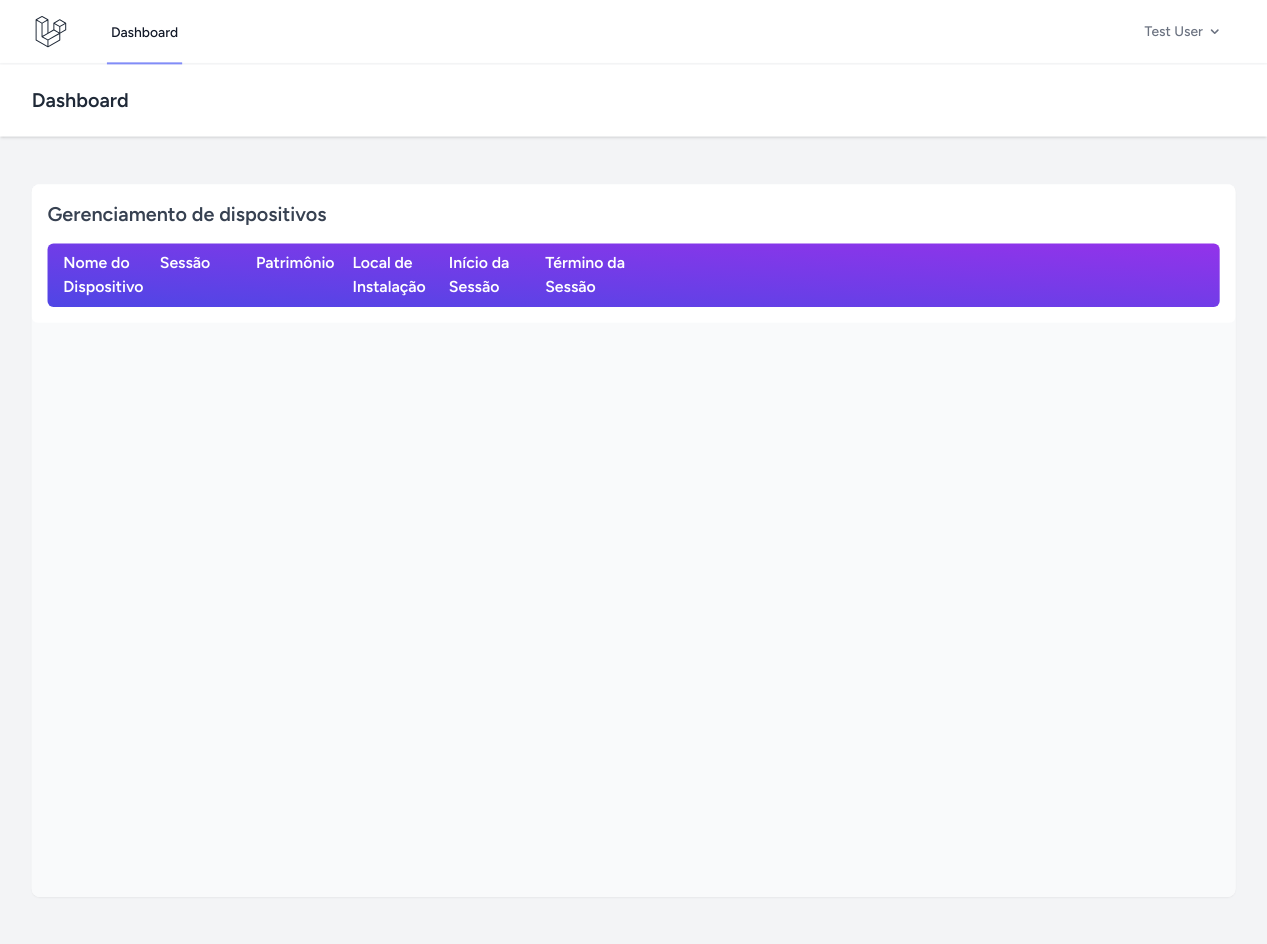
Repository: CrisMorgantee/device-logs
Page: http://localhost/dashboard
The author's editor kept a copy of each file at every save. The page is drawn from the files as they stood at one save, then again after the next save.
The browser window is 1280 px wide. The pictures show the whole page, at 99% of full size.
The page is served by the project's Laravel application, run on PHP 8.4 with Laravel 10. A made-up administrator, Test User (test@example.com), is signed in. Other server files are loaded and not shown. Style sheets and scripts are compiled from the project's sources, by tool versions that may differ from the author's. Queries for data that is not in the repository find no rows.

Above is the page before, as saved 2023-04-14 22:37:26.

### routes/web.php
<?php

use App\Http\Controllers\ProfileController;
use App\Http\Controllers\DeviceLogsController;
use Illuminate\Support\Facades\Route;

/*
|--------------------------------------------------------------------------
| Web Routes
|--------------------------------------------------------------------------
|
| Here is where you can register web routes for your application. These
| routes are loaded by the RouteServiceProvider and all of them will
| be assigned to the "web" middleware group. Make something great!
|
*/

Route::get('/', function () {
    return view('auth.login');
});

Route::get('/dashboard', [DeviceLogsController::class, 'index'])->middleware(['auth', 'verified'])->name('dashboard');

Route::middleware('auth')->group(function () {
    Route::get('/profile', [ProfileController::class, 'edit'])->name('profile.edit');
    Route::patch('/profile', [ProfileController::class, 'update'])->name('profile.update');
    Route::delete('/profile', [ProfileController::class, 'destroy'])->name('profile.destroy');
});

require __DIR__.'/auth.php';

### app/Http/Controllers/DeviceLogsController.php
<?php

namespace App\Http\Controllers;

use App\Models\DeviceLogs;
use Illuminate\Http\Request;

class DeviceLogsController extends Controller
{
    /**
     * Display a listing of the resource.
     */
    public function index()
    {
        $logs = DeviceLogs::all();

        return view('dashboard', ['logs' => $logs]);
    }

    /**
     * Show the form for creating a new resource.
     */
    public function create()
    {
        //
    }

    /**
     * Store a newly created resource in storage.
     */
    public function store(Request $request)
    {
        //
    }

    /**
     * Display the specified resource.
     */
    public function show(DeviceLogs $deviceLogs)
    {
        //
    }

    /**
     * Show the form for editing the specified resource.
     */
    public function edit(DeviceLogs $deviceLogs)
    {
        //
    }

    /**
     * Update the specified resource in storage.
     */
    public function update(Request $request, DeviceLogs $deviceLogs)
    {
        //
    }

    /**
     * Remove the specified resource from storage.
     */
    public function destroy(DeviceLogs $deviceLogs)
    {
        //
    }
}

### app/Models/DeviceLogs.php
<?php

namespace App\Models;

use Illuminate\Database\Eloquent\Factories\HasFactory;
use Illuminate\Database\Eloquent\Model;

class DeviceLogs extends Model
{
    use HasFactory;

    public $fillable = [
        'machine_name',
        'session',
        'patrimony',
        'location'
    ];


    protected $dates = [
      'start_session_at',
      'end_session_at'
  ];

}

### resources/views/dashboard.blade.php
<x-app-layout>
  <x-slot name="header">
    <h2 class="text-xl font-semibold leading-tight text-gray-800">
      {{ __('Dashboard') }}
    </h2>
  </x-slot>

  <div class="py-12">
    <div class="mx-auto max-w-7xl sm:px-6 lg:px-8">
      <div class="overflow-hidden bg-white shadow-sm sm:rounded-lg">
        <div class="min-h-screen bg-gray-50">
          <div class="rounded-md bg-white p-4">
            <h2 class="mb-4 text-xl font-bold text-gray-700">Gerenciamento de dispositivos</h2>

            <div
              class="text-md grid grid-cols-12 gap-4 rounded-md bg-gradient-to-tr from-indigo-600 to-purple-600 py-2 px-4 font-bold text-white">
              <div>
                <span>Nome do Dispositivo</span>
              </div>
              <div>
                <span>Sessão</span>
              </div>
              <div>
                <span>Patrimônio</span>
              </div>
              <div>
                <span>Local de Instalação</span>
              </div>
              <div>
                <span>Início da Sessão</span>
              </div>
              <div>
                <span>Término da Sessão</span>
              </div>
            </div>
            <div>
              @foreach ($logs as $deviceLog)
                <div class="mt-4 flex justify-between space-x-4 border-t text-sm font-normal">
                  <div class="flex px-2">
                    <span>{{ $deviceLog->machine_name }}</span>
                  </div>
                  <div>
                    <span>{{ $deviceLog->session }}</span>
                  </div>
                  <div class="px-2">
                    <span>{{ $deviceLog->patrimony }}</span>
                  </div>
                  <div class="px-2">
                    <span>{{ $deviceLog->location }}</span>
                  </div>
                  <div class="px-2">
                    <span>{{ $deviceLog->start_session_at }}</span>
                  </div>
                  <div class="px-2">
                    <span>{{ $deviceLog->end_session_at }}</span>
                  </div>
                </div>
              @endforeach
            </div>
          </div>
        </div>
      </div>
    </div>

</x-app-layout>

Loaded but not shown: app/Providers/AppServiceProvider.php (common file); routes/auth.php (common file); app/Http/Controllers/Auth/EmailVerificationPromptController.php (common file); app/Http/Controllers/Controller.php (common file); app/Http/Controllers/Auth/VerifyEmailController.php (common file); app/Models/User.php (common file); app/View/Components/AppLayout.php (common file); resources/views/layouts/app.blade.php (common file); resources/views/layouts/navigation.blade.php (common file); resources/views/components/application-logo.blade.php (common file); resources/views/components/nav-link.blade.php (common file); resources/views/components/dropdown-link.blade.php (common file); resources/views/components/dropdown.blade.php (common file); resources/views/components/responsive-nav-link.blade.php (common file); resources/css/app.css (common file); tailwind.config.js (common file); resources/js/app.js (common file); resources/js/bootstrap.js (common file)

After the next save:
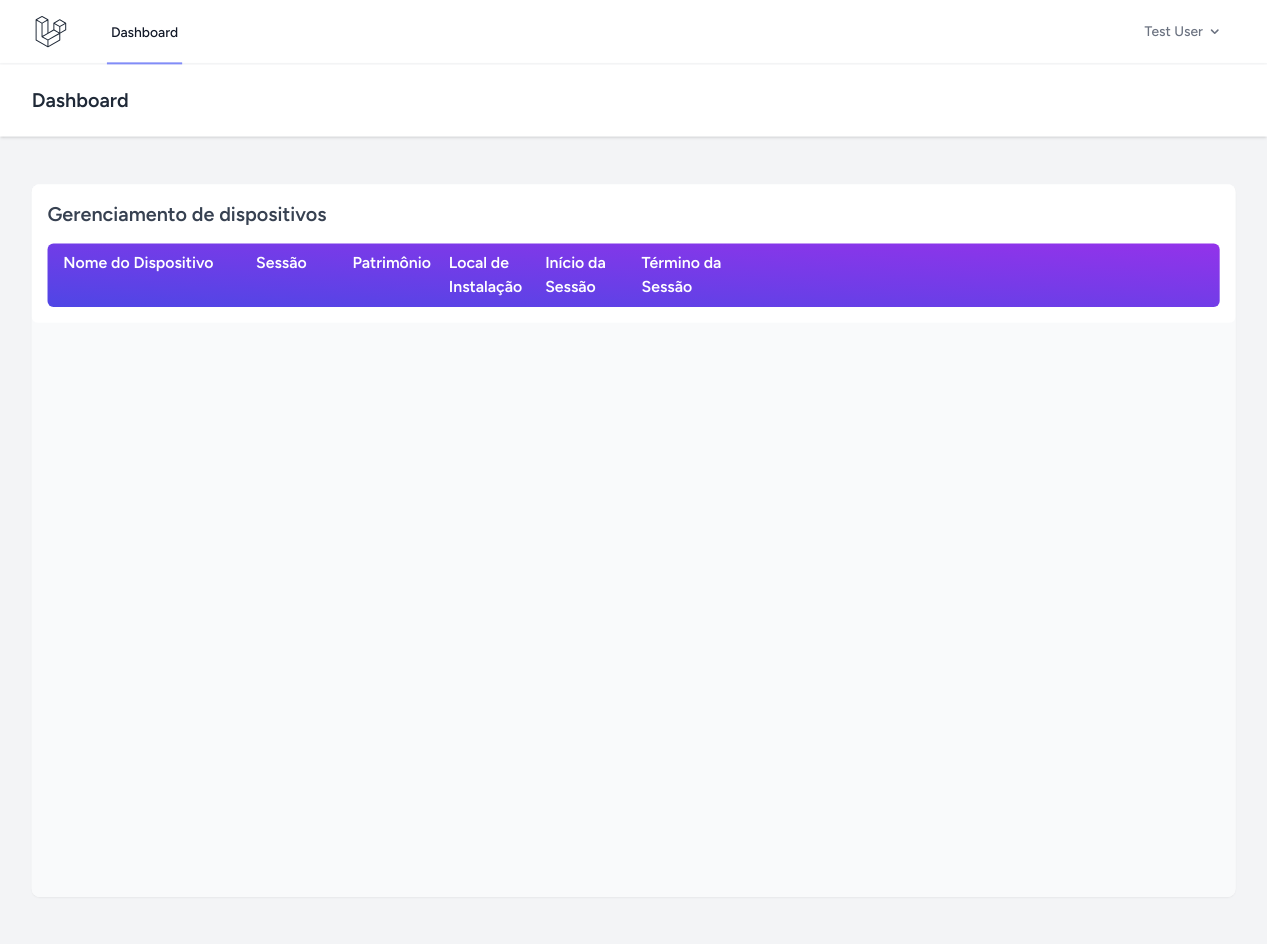
Saved 32 s later.
--- a/resources/views/dashboard.blade.php
+++ b/resources/views/dashboard.blade.php
@@ -14,7 +14,7 @@
 
             <div
               class="text-md grid grid-cols-12 gap-4 rounded-md bg-gradient-to-tr from-indigo-600 to-purple-600 py-2 px-4 font-bold text-white">
-              <div>
+              <div class="col-span-2">
                 <span>Nome do Dispositivo</span>
               </div>
               <div>
